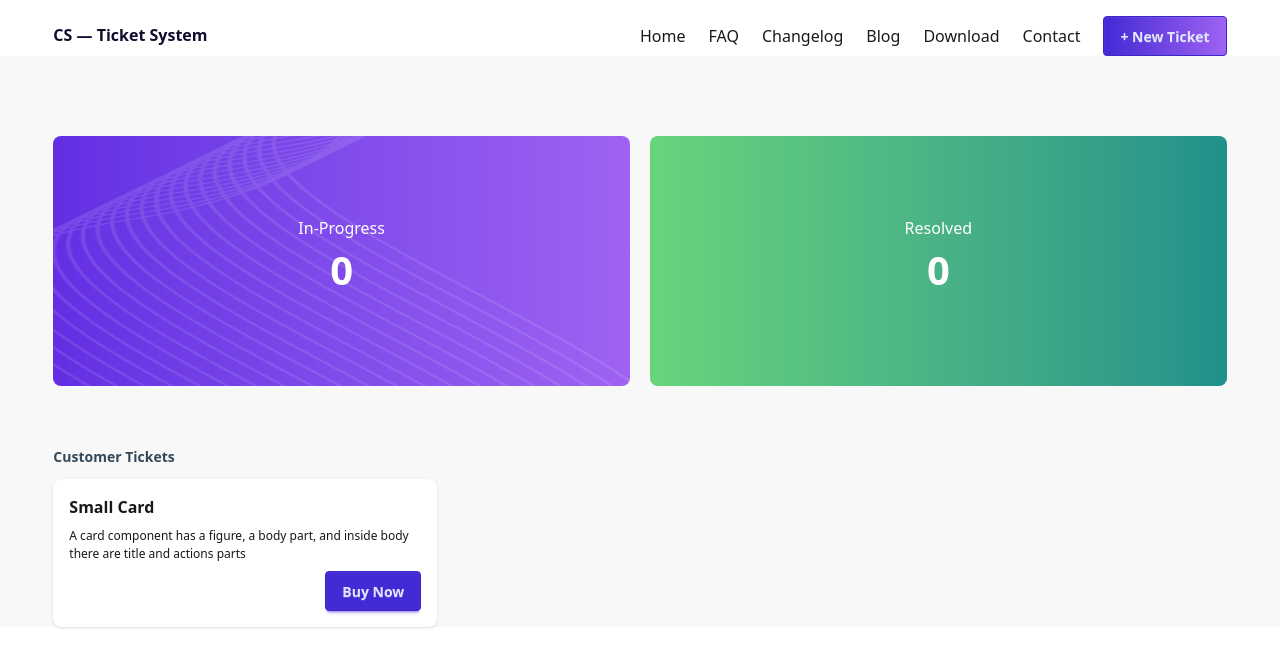
Repository: SanjidaSnigdha/Customer-Support-Zone
Page: /
These files come from the project's save history. The page is drawn as it stood at one moment and after the next save; the edit follows.
The browser window is 1280 px wide. The pictures show the whole page.
The project was rebuilt for these pictures with package versions that can differ from the ones it lists, and the page was loaded fresh each time. Also part of the build but not shown: vite.config.js, src/App.css.

Above is the page before, as saved 2026-03-24 03:23:25.

After the next save:
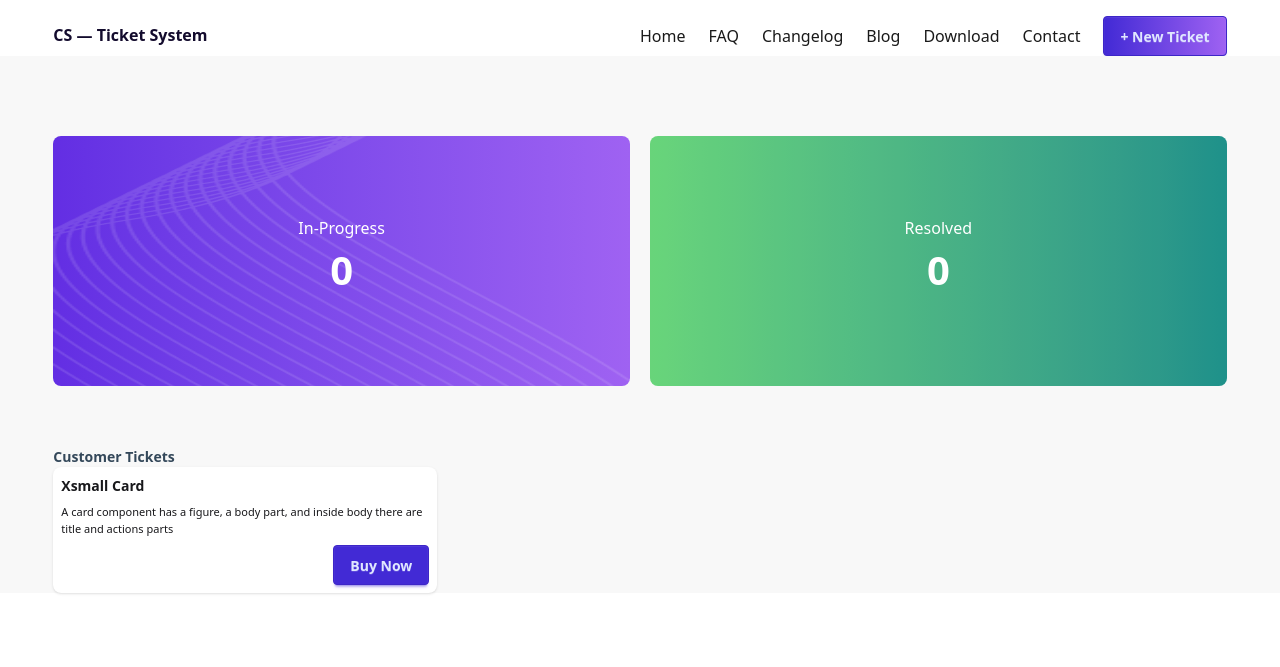
Saved 70 s later.
--- a/src/component/CustomerTickets/CustomerTickets.jsx
+++ b/src/component/CustomerTickets/CustomerTickets.jsx
@@ -6,9 +6,9 @@ const CustomerTickets = ({customerPromise}) => {
         <div className='w-11/12 mx-auto'>
         <h1 className='font-semibold text-[#34485A] text-[14px] mt-15'>Customer Tickets</h1>
 
-         <div className="card w-96 bg-base-100 card-sm shadow-sm mt-3">
+       <div className="card w-96 bg-base-100 card-xs shadow-sm">
   <div className="card-body">
-    <h2 className="card-title">Small Card</h2>
+    <h2 className="card-title">Xsmall Card</h2>
     <p>A card component has a figure, a body part, and inside body there are title and actions parts</p>
     <div className="justify-end card-actions">
       <button className="btn btn-primary">Buy Now</button>
